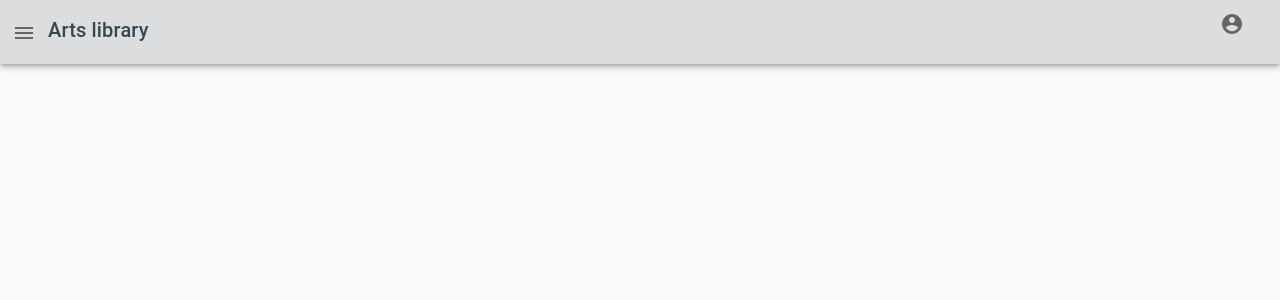
Repository: milosKomiRajkovic94/library-of-known-art
Page: /
An editor plug-in stored every save of this project. The page is shown before and after the next save, followed by the edit.
The browser window is 1280 px wide. The pictures show the whole page.
The project was rebuilt for these pictures with package versions that can differ from the ones it lists, and the page was loaded fresh each time.

Above is the page before, as saved 2020-03-05 11:24:10.

### src/index.js
import React from 'react';
import ReactDOM from 'react-dom';
import './scss/index.scss';
import App from './App';
import * as serviceWorker from './serviceWorker';
import { Provider } from 'react-redux';
import configureStore from './store';

const store = configureStore();

ReactDOM.render(
    <Provider
        store={store}
    >
        <App />
    </Provider>,
document.getElementById('root'));

// If you want your app to work offline and load faster, you can change
// unregister() to register() below. Note this comes with some pitfalls.
// Learn more about service workers: https://bit.ly/CRA-PWA
serviceWorker.unregister();

### src/scss/index.scss
@font-face{
    font-family: SourceSansPro-Regular;
    src: url('./SourceSansPro-Regular.otf') format('opentype')
}

html{
    height: 100%;
}

body{
    font-family: SourceSansPro-Regular;
    margin: 0px;
    height: 100%;
}

#root{
    height: 100%;
    width: 100%;
}

@import 'header';

### src/App.js
import React from 'react';

import  {
  createMuiTheme,
  ThemeProvider
} from '@material-ui/core/styles';

import Toolbar from '@material-ui/core/Toolbar';

import CssBaseline from '@material-ui/core/CssBaseline';

import HeaderContainer from './components/HeaderComponents/HeaderContainer';

class App extends React.Component{

  render(){

    const theme = createMuiTheme({
      typeography: {
        fontFamily: 'SourceSansPro-Regular'
      }
    })

    return(
      <ThemeProvider
        theme={theme}
      >
        <CssBaseline />
        <HeaderContainer />
        <Toolbar />
      </ThemeProvider>
    )
  }

}


export default App;

### src/store.js
import {createStore, applyMiddleware} from 'redux';

import thunk from 'redux-thunk';

import rootReducer from './reducers';

import logger from 'redux-logger';

export default function configureStore(){
    return createStore(
        rootReducer,
        process.env.NODE_ENV === 'production' && window.devToolsExtension ?
        applyMiddleware(thunk)
        :
        applyMiddleware(thunk, logger),
        //window.__REDUX_DEVTOOLS_EXTENSION__ && window.__REDUX_DEVTOOLS_EXTENSION__())
    )
}

### src/scss/_header.scss
.MuiToolbar-root.MuiToolbar-regular.toolbar.MuiToolbar-gutters {
    padding: 0px;
    display: inline-block;
}

header.MuiPaper-root.MuiAppBar-root.MuiAppBar-positionFixed.MuiAppBar-colorPrimary.appBar.mui-fixed.MuiPaper-elevation4 {
    background-color: #DCDDDF;
    color: #36474F;
    display: inline-block;
}

.toolbar h6.MuiTypography-root.MuiTypography-h6.MuiTypography-displayBlock {
    line-height: 3em;
}

.menuHeaderIcons{
    position: absolute;
    right: 0;
    text-align: center;
    display: inline-block;
    //line-height: 3em;
    height: 100%;
}

### src/components/HeaderComponents/HeaderContainer.js
import React from 'react';

import AppBar from '@material-ui/core/AppBar';

import Toolbar from '@material-ui/core/Toolbar';

import Typography from '@material-ui/core/Typography';

import MenuIcon from '@material-ui/icons/Menu';

import AccountCircleIcon from '@material-ui/icons/AccountCircle';

import IconButton from '@material-ui/core/IconButton';

class HeaderContainer extends React.Component{

    render(){
        return(
            <AppBar
                position={'fixed'}
                className={'appBar'}
            >
                <IconButton

                >
                    <MenuIcon />
                </IconButton>
                <Toolbar
                    className={'toolbar'}
                >
                    <Typography
                        variant={'h6'}
                        display={'block'}
                    >
                        Arts library
                    </Typography>
                </Toolbar>
                <div
                    className={'menuHeaderIcons'}
                >
                    <IconButton>
                        <AccountCircleIcon />
                    </IconButton>
                    <IconButton>

                    </IconButton>
                </div>
            </AppBar>
        )
    }
}

export default HeaderContainer;

### src/reducers/index.js
import{
    combineReducers
} from 'redux';

export default combineReducers({

})

Loaded but not shown: public/index.html (common file); src/serviceWorker.js (common file)

After the next save:
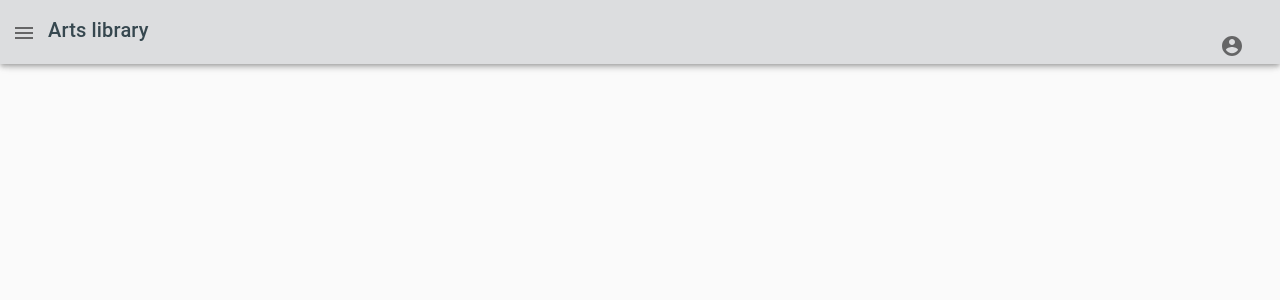
Saved 29 s later.
--- a/src/scss/_header.scss
+++ b/src/scss/_header.scss
@@ -18,6 +18,5 @@ header.MuiPaper-root.MuiAppBar-root.MuiAppBar-positionFixed.MuiAppBar-colorPrima
     right: 0;
     text-align: center;
     display: inline-block;
-    //line-height: 3em;
-    height: 100%;
+    top: calc(50% - 10px);     height: 100%;
 }
